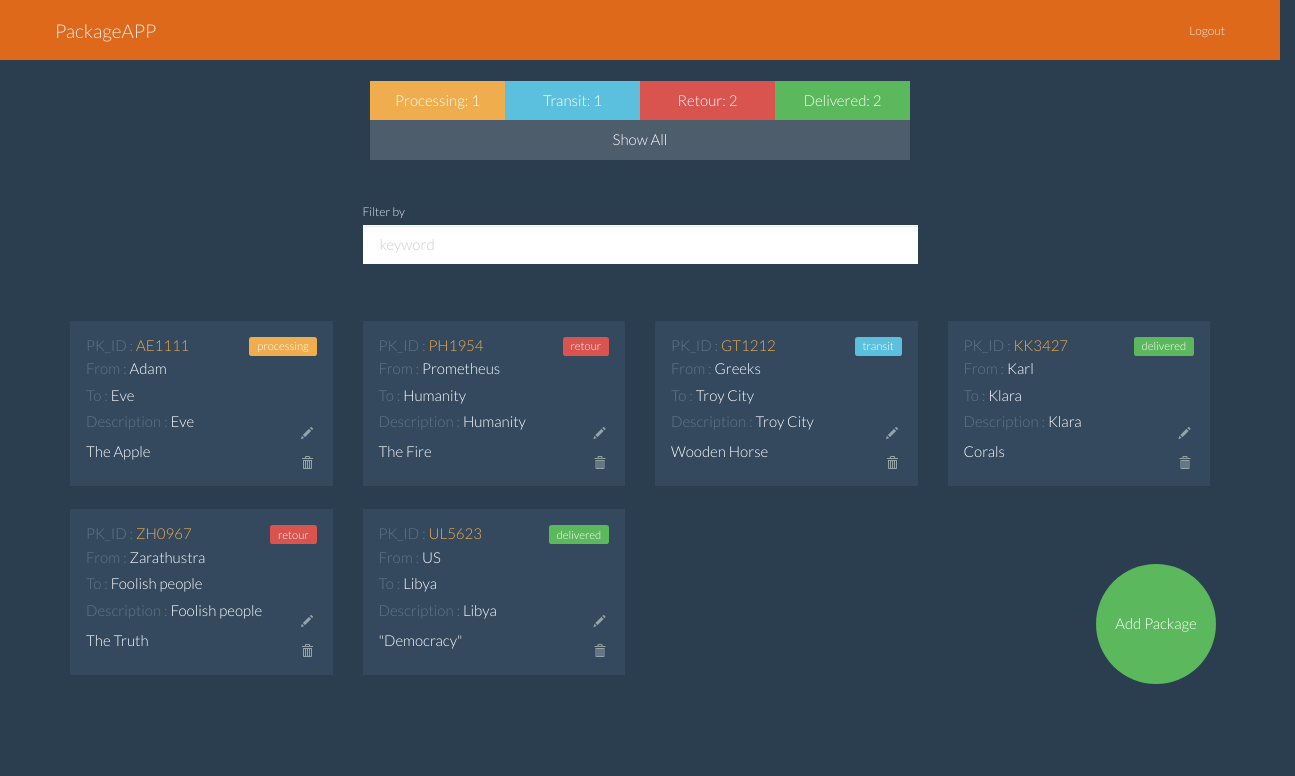
Repository: andreasmihm/aizat
Page: index.html
The author's editor kept a record of every edit. The page is drawn from the files as they stood at one moment, then again after the next edit.
The browser window is 1280 px wide. The page is 1295 px wide, so the pictures cover 1295 px, including what lies to the right of the window. The pictures show the whole page.

Above is the page before.

After the next edit:
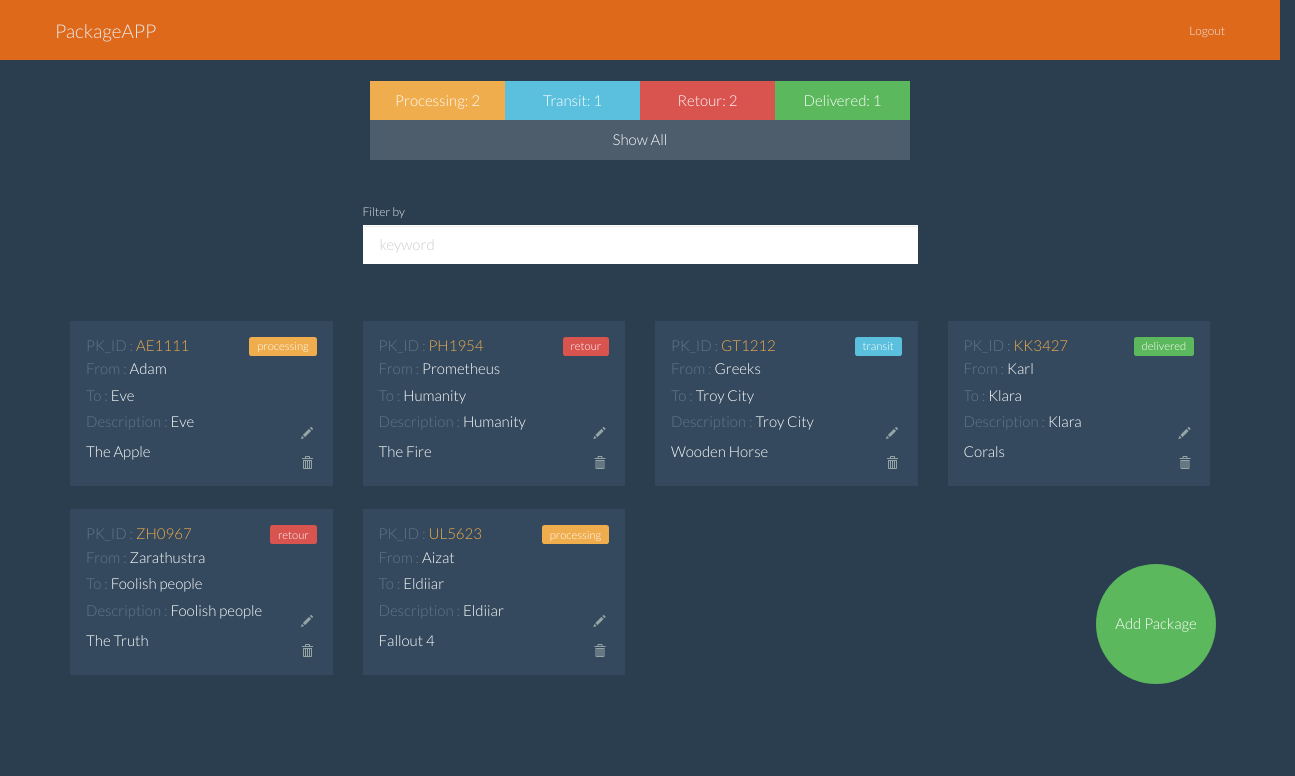
The edit:
--- a/app/js/services/packageService.js
+++ b/app/js/services/packageService.js
@@ -32,10 +32,10 @@
         status: "retour"
     }, {
         id: "UL5623",
-        sen: "US",
-        rec: "Libya",
-        desc: '"Democracy"',
-        status: "delivered"
+        sen: "Aizat",
+        rec: "Eldiiar",
+        desc: 'Fallout 4',
+        status: "processing"
     }];
     return {
         getPacks: function() {
